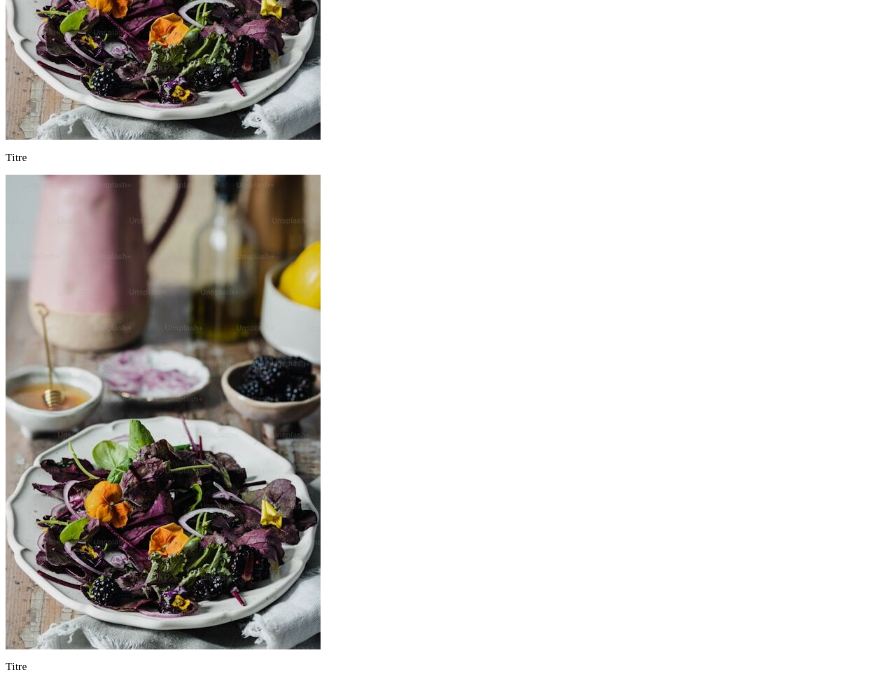
Repository: lemonhao9/QuaiAntiqueRestaurantFront
Page: pages/galerie.html
The author's editor kept a copy of each file at every save. The page is drawn from the files as they stood at one save, then again after the next save.
The browser window is 1280 px wide. The pictures show the part of the page from y = 544 to 2464 px (the page is 1522 px tall before and 3669 px after), at 70% of full size.

Above is the page before, as saved 2025-01-23 15:16:39.

After the next save:
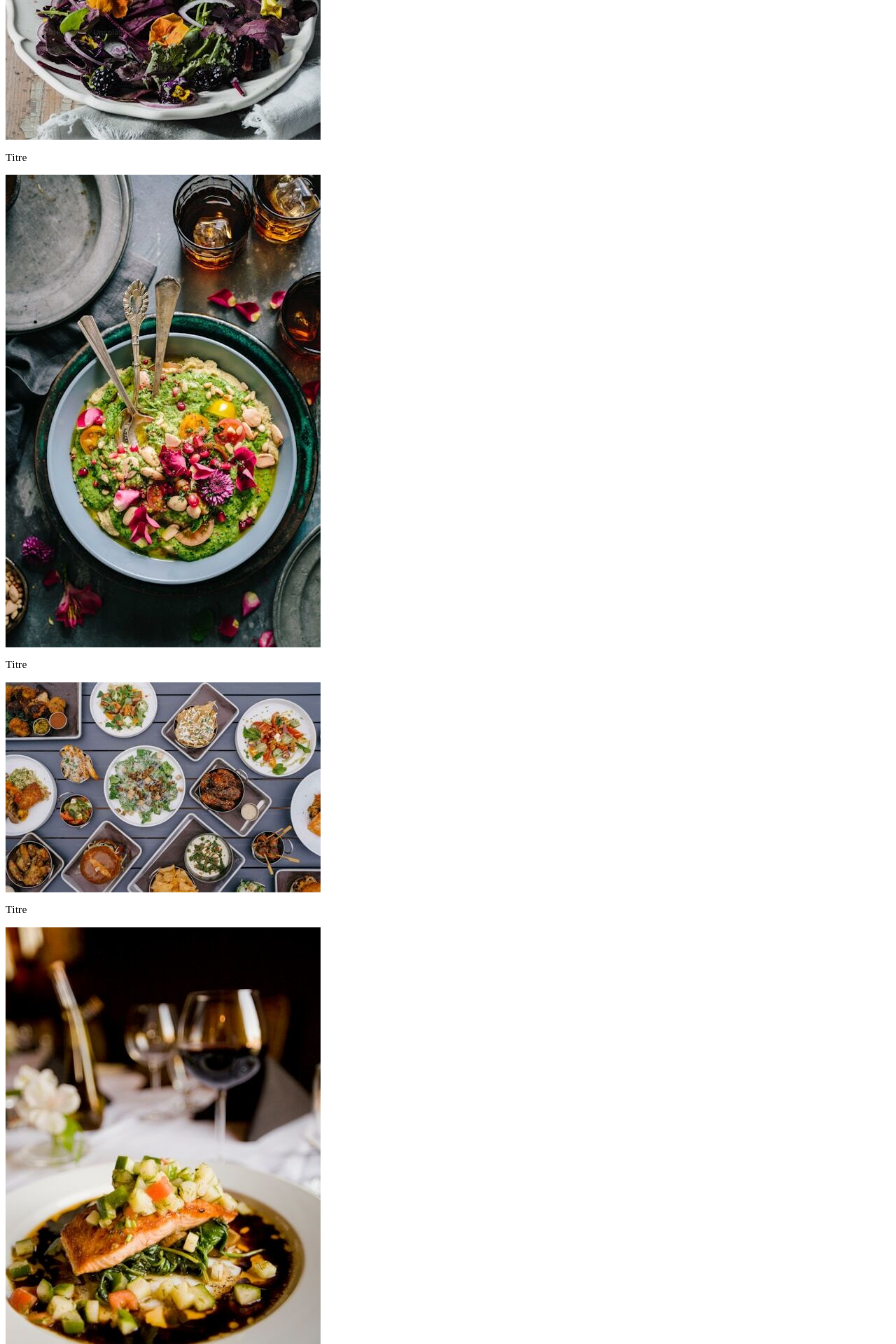
Saved 90 s later.
--- a/pages/galerie.html
+++ b/pages/galerie.html
@@ -14,7 +14,31 @@
         </div>
         <div class="col p-3">
             <div class="image-card text-white">
-                <img src="../images/platGalerie1.jpg" alt="platGalerie1" class="rounded w-100">
+                <img src="../images/platGalerie2.jpg" alt="platGalerie1" class="rounded w-100">
+                <p class="titre-image">Titre</p>
+            </div>
+        </div>
+        <div class="col p-3">
+            <div class="image-card text-white">
+                <img src="../images/platGalerie3.jpg" alt="platGalerie1" class="rounded w-100">
+                <p class="titre-image">Titre</p>
+            </div>
+        </div>
+        <div class="col p-3">
+            <div class="image-card text-white">
+                <img src="../images/platGalerie4.jpg" alt="platGalerie1" class="rounded w-100">
+                <p class="titre-image">Titre</p>
+            </div>
+        </div>
+        <div class="col p-3">
+            <div class="image-card text-white">
+                <img src="../images/platGalerie5.jpg" alt="platGalerie1" class="rounded w-100">
+                <p class="titre-image">Titre</p>
+            </div>
+        </div>
+        <div class="col p-3">
+            <div class="image-card text-white">
+                <img src="../images/produitsfraits.jpg" alt="platGalerie1" class="rounded w-100">
                 <p class="titre-image">Titre</p>
             </div>
         </div>
